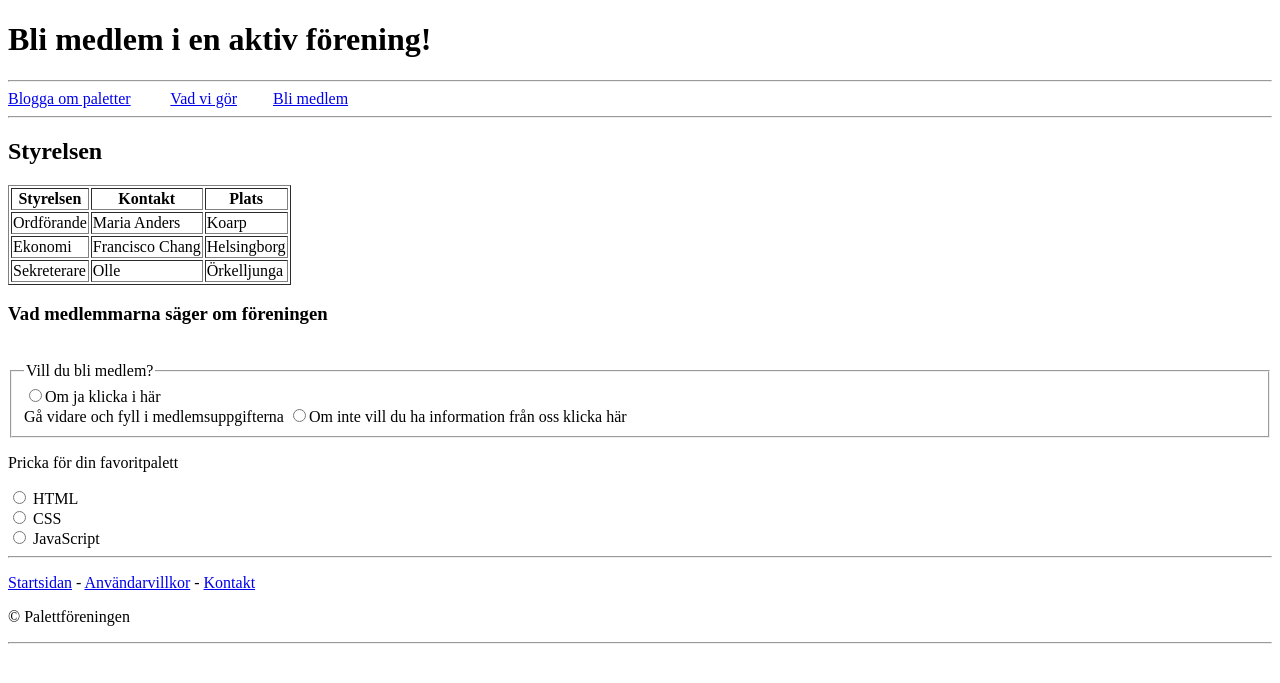
Repository: Webutveckling-20-21/Uppgift-1
Page: medlemskap.html
An editor plug-in stored every save of this project. The page is shown before and after the next save, followed by the edit.
The browser window is 1280 px wide. The pictures show the whole page.

Above is the page before, as saved 2021-09-07 12:34:47.

After the next save:
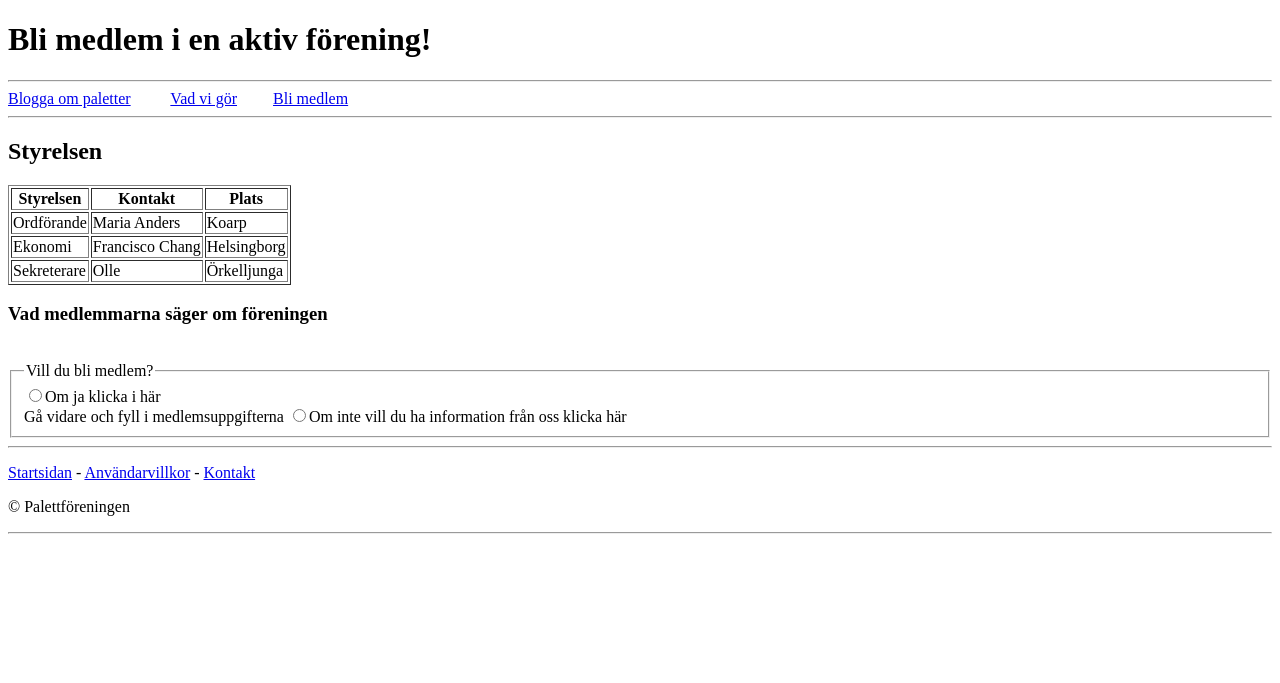
Saved 28 s later.
--- a/medlemskap.html
+++ b/medlemskap.html
@@ -57,16 +57,7 @@
                Gå vidare och fyll i medlemsuppgifterna</a>
                 <label><input type="radio" name="radio">Om inte vill du ha information från oss klicka här</label>
             </fieldset>
-        </form>
-        <p>Pricka för din favoritpalett</p>
 
-        <input type="radio" id="html" name="fav_language" value="Röd">
-  <label for="Röd">HTML</label><br>
-  <input type="radio" id="css" name="fav_language" value="CSS">
-  <label for="css">CSS</label><br>
-  <input type="radio" id="javascript" name="fav_language" value="JavaScript">
-  <label for="javascript">JavaScript</label>
-</form>
 
 
     </aside>
